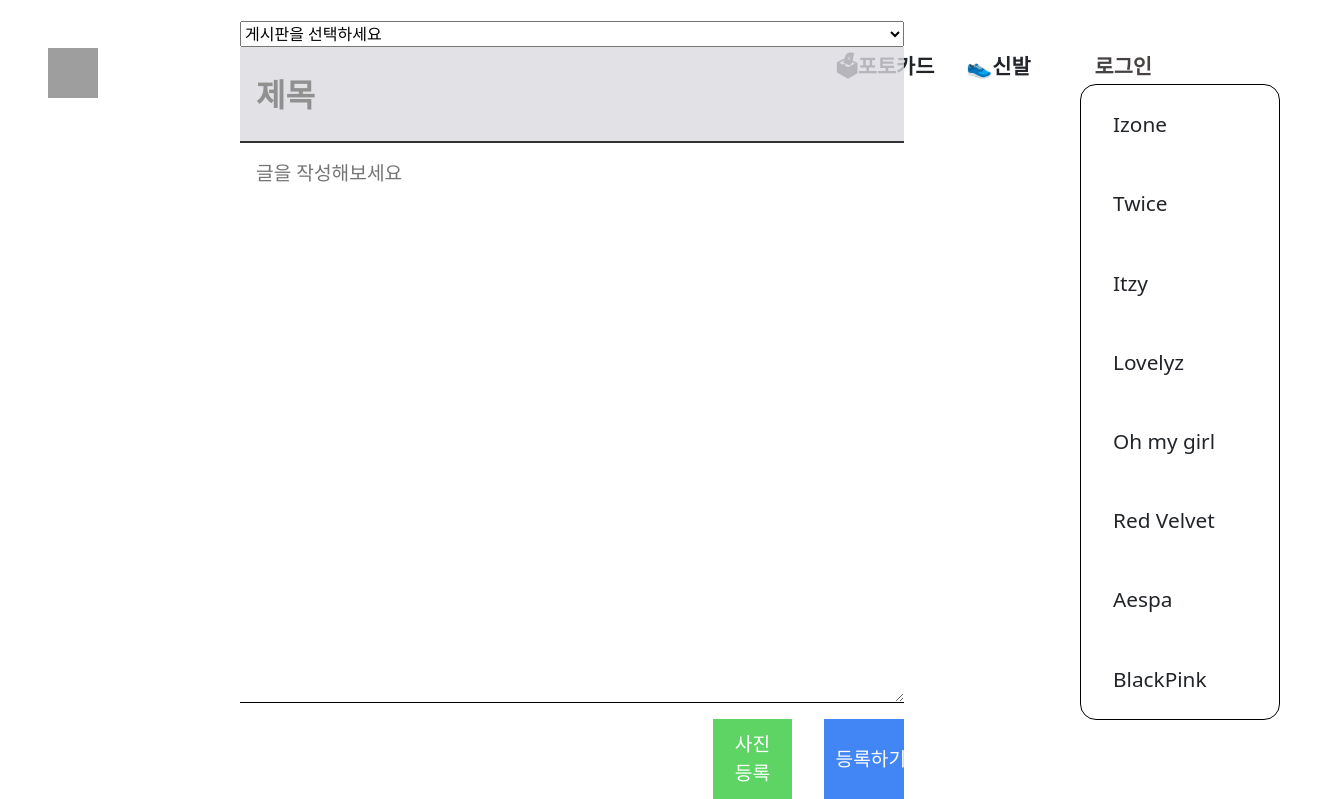
Repository: hwangstar156/goods-trader
Page: /write
An editor plug-in stored every save of this project. The page is shown before and after the next save, followed by the edit.
The browser window is 1280 px wide. The page is 1328 px wide, so the pictures cover 1328 px, including what lies to the right of the window. The pictures show the whole page.
Pictures or frames that could not be fetched are drawn as grey boxes. Some web libraries are served in a nearby version. The project was rebuilt for these pictures with package versions that can differ from the ones it lists, and the page was loaded fresh each time. Also part of the build but not shown: src/App.css, src/component/sign-up/sign-up.component.jsx, src/component/sign-in/sign-in.styles.scss, src/component/sign-in/sign-in.component.jsx, src/component/with-spinner/withSpinner.styles.scss, src/component/with-spinner/withSpinner.component.jsx, src/pages/userprofile/userprofile.styles.scss, src/pages/userprofile/userprofile.utils.js and 7 more.

Above is the page before, as saved 2021-09-05 17:45:50.

### public/index.html
<!DOCTYPE html>
<html lang="en">
  <head>
    <meta charset="utf-8" />
    <link rel="icon" href="%PUBLIC_URL%/favicon.ico" />
    <meta name="viewport" content="width=device-width, initial-scale=1" />
    <meta name="theme-color" content="#000000" />
    <meta
      name="description"
      content="Web site created using create-react-app"
    />
    <link rel="apple-touch-icon" href="%PUBLIC_URL%/logo192.png" />

    <link rel="manifest" href="%PUBLIC_URL%/manifest.json" />
    <script src="https://kit.fontawesome.com/08c91e1c0e.js" crossorigin="anonymous"></script>
    <title>Goods trader</title>
  </head>
  <body>
    <div id="root"></div>
  </body>
</html>

### src/index.js
import React from "react";
import ReactDOM from "react-dom";
import "./index.css";
import App from "./App";
import reportWebVitals from "./reportWebVitals";
import { BrowserRouter } from "react-router-dom";
import { PersistGate } from "redux-persist/integration/react";
import { store, persistor } from "./redux/store";
import { Provider } from "react-redux";
import "bootstrap/dist/css/bootstrap.min.css";
ReactDOM.render(
  <Provider store={store}>
    <BrowserRouter>
      <PersistGate persistor={persistor}>
        <App />
      </PersistGate>
    </BrowserRouter>
  </Provider>,

  document.getElementById("root")
);

// If you want to start measuring performance in your app, pass a function
// to log results (for example: reportWebVitals(console.log))
// or send to an analytics endpoint. Learn more: https://bit.ly/CRA-vitals
reportWebVitals();

### src/App.js
import "./App.css";
import { Switch, Route, Redirect } from "react-router-dom";
import SignUpPage from "./component/sign-up/sign-up.component";
import SignInPage from "./component/sign-in/sign-in.component";
import UserProfileContainer from "./pages/userprofile/userprofile.container";
import React, { useEffect } from "react";
import Header from "./component/header/header.component";
import HomePage from "./pages/homepage.component";
import { useDispatch, useSelector } from "react-redux";
import { selectCurrentUser } from "./redux/user/user.selector";
import { checkUserSession } from "./redux/user/user.action";
import WritePage from "./pages/write/write.pages";
const App = () => {
  const currentUser = useSelector(selectCurrentUser);
  const dispatch = useDispatch();

  useEffect(() => {
    dispatch(checkUserSession());
  }, [dispatch]);
  return (
    <>
      <Header />
      <Switch>
        <Route exact path="/" render={() => <HomePage />} />
        <Route exact path="/signup" component={SignUpPage} />
        <Route
          exact
          path="/signin"
          render={() => (currentUser ? <Redirect to="/" /> : <SignInPage />)}
        />
        <Route exact path="/profile" component={UserProfileContainer}></Route>
        <Route exact path="/write" component={WritePage}></Route>
      </Switch>
    </>
  );
};

export default App;

### src/redux/store.js
import { createStore, applyMiddleware } from "redux";
import logger from "redux-logger";
import { persistStore } from "redux-persist";
import rootReducer from "./root-redux";
import { composeWithDevTools } from "redux-devtools-extension";
import createSagaMiddleware from "redux-saga";
import rootSaga from "./root-saga";

const sagaMiddleware = createSagaMiddleware();
const middlewares = [logger, sagaMiddleware];

const store = createStore(
  rootReducer,
  composeWithDevTools(applyMiddleware(...middlewares))
);
sagaMiddleware.run(rootSaga);
const persistor = persistStore(store);

export { store, persistor };

### src/pages/userprofile/userprofile.container.jsx
import WithSpinner from "../../component/with-spinner/withSpinner.component";
import UserProfilePage from "./userprofile.pages";
import { compose } from "redux";
import { connect } from "react-redux";
import { createStructuredSelector } from "reselect";
import { selectUserFetching } from "../../redux/user/user.selector";

const mapStateToProps = createStructuredSelector({
  isLoading: selectUserFetching,
});

const UserProfileContainer = compose(
  connect(mapStateToProps),
  WithSpinner
)(UserProfilePage);

export default UserProfileContainer;

### src/component/header/header.component.jsx
import React from "react";
import ProfileIcon from "../userprofile/profileicon.component";
import { Link, useHistory } from "react-router-dom";
import "./header.styles.scss";
import { useSelector } from "react-redux";
import {
  selectCurrentUser,
  selectUserLoggedIn,
} from "../../redux/user/user.selector";

const Header = () => {
  const currentUser = useSelector(selectCurrentUser);
  const isLoggedIn = useSelector(selectUserLoggedIn);
  const history = useHistory();
  const handleLogoClick = () => {
    history.push("/");
  };

  return (
    <>
      <div className="header-container">
        <div className="logo" onClick={handleLogoClick}>
          <img
            src="https://www.freepnglogos.com/uploads/logo-website-png/logo-website-file-globe-icon-svg-wikimedia-commons-21.png"
            alt=""
            className="logo-img"
          />
        </div>
        <div className="header-element">
          {isLoggedIn ? (
            <Link className="header-write" to="/write">
              📝글쓰기
            </Link>
          ) : null}

          <div className="header-photocard">🗳포토카드</div>
          <div className="header-sneakers">👟신발</div>
          {currentUser ? (
            <ProfileIcon />
          ) : (
            <Link to="/signin" className="sign-in-btn">
              로그인
            </Link>
          )}
        </div>
      </div>
    </>
  );
};

export default Header;

### src/redux/user/user.selector.js
import { createSelector } from "reselect";

const selectUser = (state) => state.user;

export const selectCurrentUser = createSelector(
  [selectUser],
  (user) => user.currentUser
);

export const selectUserError = createSelector(
  [selectUser],
  (user) => user.error
);

export const selectUserFetching = createSelector(
  [selectUser],
  (user) => user.isFetching
);

export const selectUserLoggedIn = createSelector(
  [selectUser],
  (user) => user.isLoggedIn
);

### src/redux/user/user.action.js
import { UserActionTypes } from "./user.types";

export const googleSignInStart = () => ({
  type: UserActionTypes.GOOGLE_SIGN_IN_START,
});

export const emailSignInStart = (emailAndPassword) => ({
  type: UserActionTypes.EMAIL_SIGN_IN_START,
  payload: emailAndPassword,
});

export const signInSuccess = (user) => ({
  type: UserActionTypes.SIGN_IN_SUCCESS,
  payload: user,
});

export const signInFailure = (err) => ({
  type: UserActionTypes.SIGN_IN_FAILURE,
  payload: err,
});

export const checkUserSession = () => ({
  type: UserActionTypes.CHECK_USER_SESSION,
});

export const signOutStart = () => ({
  type: UserActionTypes.SIGN_OUT_START,
});

export const signOutSuccess = () => ({
  type: UserActionTypes.SIGN_OUT_SUCCESS,
});

export const signOutFailure = (err) => ({
  type: UserActionTypes.SIGN_OUT_FAILURE,
  payload: err,
});

export const signUpStart = (userObj) => ({
  type: UserActionTypes.SIGN_UP_START,
  payload: userObj,
});

export const signUpSuccess = ({ user, additionalData }) => ({
  type: UserActionTypes.SIGN_UP_SUCCESS,
  payload: { user, additionalData },
});

export const signUpFailure = (err) => ({
  type: UserActionTypes.SIGN_UP_FAILURE,
  payload: err,
});

export const refreshUserStart = () => ({
  type: UserActionTypes.REFRESH_USER_START,
});

export const refreshUserSuccess = (user) => ({
  type: UserActionTypes.REFRESH_USER_SUCCESS,
  payload: user,
});

export const refreshUserFailure = (err) => ({
  type: UserActionTypes.REFRESH_USER_FAILURE,
  payload: err,
});

### src/pages/write/write.pages.jsx
import React from "react";
import { useState } from "react";
import { useSelector } from "react-redux";
import { firestore, storageRef } from "../../firebase/firebase.utils";
import { selectCurrentUser } from "../../redux/user/user.selector";
import { v4 as uuidv4 } from "uuid";
import { useRef } from "react";
import MenuAside from "../../component/menu-aside/menu-aside.component";
import "github-markdown-css";
import "./write.styles.scss";
import { selectIdols } from "../../redux/idol/idol.selector";
const WritePage = () => {
  const imgRef = useRef(null);
  const currentUser = useSelector(selectCurrentUser);
  const idolCollection = useSelector(selectIdols);
  const [text, setText] = useState({
    headText: "",
    mainText: "",
  });
  const [file, setFile] = useState("");
  const { headText, mainText } = text;

  const onSubmit = async (e) => {
    e.preventDefault();
    let fileUrl = "";
    const fileRef = storageRef.child(`${currentUser.id}/${uuidv4()}`);
    const responce = await fileRef.put(file);

    console.log(responce);
    responce.ref.getDownloadURL().then((url) => {
      fileUrl = url;
      imgRef.current.src = url;
    });

    const writing = {
      headText,
      mainText,
      createAt: Date.now(),
      fileUrl,
    };
    firestore.collection("writings").add(writing);
    setFile("");
    setText({
      ...text,
      headText: "",
      mainText: "",
    });
  };

  const onChangeTextInput = (e) => {
    const name = e.target.name;
    setText({
      ...text,
      [name]: e.target.value,
    });
  };

  const onChangeFiles = (e) => {
    const theFile = e.target.files[0];
    if (!theFile) {
      return;
    }
    if (!theFile.type.match(/image.*/)) {
      return;
    }
    setFile(theFile);
  };

  const onChangeSelectIdol = (e) => {
    console.log(e.target.value);
  };

  return (
    <div className="write-container">
      <form onSubmit={onSubmit} className="inputs-form">
        <select
          name="idol"
          id="select-collection"
          value="아이돌"
          onChange={onChangeSelectIdol}
        >
          <option>게시판을 선택하세요</option>
          {idolCollection.map(({ id, title }) => (
            <option key={id} value={title}>
              {title}
            </option>
          ))}
        </select>
        <input
          type="text"
          name="headText"
          className="head-input"
          value={headText}
          placeholder="제목"
          onChange={onChangeTextInput}
        />
        <textarea
          type="text"
          placeholder="글을 작성해보세요"
          className="main-input"
          name="mainText"
          value={mainText}
          onChange={onChangeTextInput}
        />
        <input
          type="file"
          accept="image/*"
          onChange={onChangeFiles}
          className="file-input"
        />
        <footer className="footer-element">
          <button type="button" className="file-btn">
            사진 등록
          </button>
          <input type="submit" className="submit-btn" value="등록하기" />
        </footer>
      </form>
      <MenuAside className="menu-aside" />
      <div className="image-preview">
        <img src="" alt="" ref={imgRef} />
      </div>
    </div>
  );
};

export default WritePage;

### src/redux/root-redux.js
import { combineReducers } from "redux";
import { persistReducer } from "redux-persist";
import storage from "redux-persist/lib/storage";
import idolReducer from "./idol/idol.reducer";
import userReducer from "./user/user.reducer";
const persistConfig = {
  key: "root",
  storage,
  whitelist: ["cart"],
};

const rootReducer = combineReducers({
  user: userReducer,
  idol: idolReducer,
});

export default persistReducer(persistConfig, rootReducer);

### src/redux/root-saga.js
import { all, call } from "redux-saga/effects";
import { userSagas } from "./user/user.saga";
export default function* rootSaga() {
  yield all([call(userSagas)]);
}

### src/component/sign-up/sign-up.styles.scss
@import url("https://fonts.googleapis.com/css2?family=Poppins&display=swap");
@import url("https://fonts.googleapis.com/css2?family=Jua&display=swap");

* {
  box-sizing: content-box;
  margin: 0;
}
.sign-up-page {
  width: 100%;
  height: 100vh;
  font-family: "Jua", sans-serif;
  & .form-input {
    display: flex;
    flex-direction: column;
    width: 35%;
    justify-content: center;
    margin: 0 auto;
    margin-top: 4rem;
    background-color: skyblue;
    padding: 3rem;
    border-radius: 1rem;

    & h3 {
      font-size: 2rem;
      text-align: center;
      color: black;
    }

    & .sign-up-input {
      margin-top: 2rem;
      height: 3rem;
      background-color: lightgray;
      border: 1px solid black;
      border-radius: 0.5rem;
      font-size: 1rem;
      letter-spacing: 0.1rem;
      padding-left: 1rem;
      &::placeholder {
        letter-spacing: normal;
        font-size: 80%;
        opacity: 1;
      }
    }
  }

  & .sign-up-title {
    display: flex;
    font-style: italic;
    padding-top: 3rem;
    font-size: 3em;

    color: tomato;
    justify-content: center;

    & strong {
      color: blue;
    }
  }

  & .submit-btn {
    width: 20%;
    margin: 4rem auto 0 auto;
    padding: 1rem;
    border-radius: 1.5rem;
    border: transparent;
    background-color: #4285f4;
    color: white;
    font-size: 1rem;

    &:hover {
      cursor: pointer;
      background-color: #357ae8;
    }
  }
}

### src/component/header/header.styles.scss
@import url("https://fonts.googleapis.com/css2?family=Jua&display=swap");

.header-container {
  display: flex;
  position: relative;
  left: 3rem;
  top: 3rem;
  & .logo-img {
    width: 50px;
    height: 50px;
    cursor: pointer;
  }

  & .header-element {
    display: flex;
    position: absolute;
    right: 11rem;
    font-size: 1.3rem;
    line-height: 40px;
    font-weight: 600;
    font-family: "Jua", sans-serif;

    & .header-write {
      text-decoration: none;
      color: rgb(71, 66, 66);
    }

    & .sign-in-btn {
      text-decoration: none;
      color: rgb(71, 66, 66);
    }
    & .header-write {
      margin-right: 2rem;
    }

    & .header-photocard {
      margin-right: 2rem;
    }

    & .header-sneakers {
      margin-right: 4rem;
    }
  }
}

### src/redux/user/user.types.js
export const UserActionTypes = {
  GOOGLE_SIGN_IN_START: "GOOGLE_SIGN_IN_START",
  EMAIL_SIGN_IN_START: "EMAIL_SIGN_IN_START",
  SIGN_IN_SUCCESS: "SIGN_IN_SUCCESS",
  SIGN_IN_FAILURE: "SIGN_IN_FAILURE",
  CHECK_USER_SESSION: "CHECK_USER_SESSION",
  SIGN_OUT_START: "SIGN_OUT_START",
  SIGN_OUT_SUCCESS: "SIGN_OUT_SUCCESS",
  SIGN_OUT_FAILURE: "SIGN_OUT_FAILURE",
  SIGN_UP_START: "SIGN_UP_START",
  SIGN_UP_SUCCESS: "SIGN_UP_SUCCESS",
  SIGN_UP_FAILURE: "SIGN_UP_FAILURE",
  CHANGE_USER_IMAGE: "CHANGE_USER_IMAGE",
  REFRESH_USER_START: "REFRESH_USER_START",
  REFRESH_USER_SUCCESS: "REFRESH_USER_REFRESH_USER_SUCCESS",
  REFRESH_USER_FAILURE: "REFRESH_USER_FAILURE",
};

### src/component/menu-aside/menu-aside.component.jsx
import React from "react";
import "./menu-aside.styles.scss";
const MenuAside = () => {
  return (
    <aside>
      <ul className="menu-aside">
        <li>Izone</li>
        <li>Twice</li>
        <li>Itzy</li>
        <li>Lovelyz</li>
        <li>Oh my girl</li>
        <li>Red Velvet</li>
        <li>Aespa</li>
        <li>BlackPink</li>
      </ul>
    </aside>
  );
};

export default MenuAside;

### src/pages/write/write.styles.scss
.write-container {
  height: 100vh;
  display: flex;
  justify-content: center;
  align-items: center;



  & .inputs-form {
    display: flex;
    flex-direction: column;
    margin-left: 15rem;
    margin-right: 6rem;
    width: 900px;
    & .head-input {
      height: 6rem;
      border: none;
      border-bottom: 2px solid black;
      background-color: rgb(218, 218, 224);
      opacity: 0.8;
      padding-left: 1rem;
      font-weight: 600;
      font-size: 2rem;
      &:focus {
        outline: none;
      }
    }

    & .main-input {
      border: none;
      border-bottom: 1px solid black;
      height: 35rem;
      padding: 1rem 0 0 1rem;
      font-size: 1.2rem;
      &:focus {
        outline: none;
      }
    }

     & .file-input{
         display: none;
     }
    & .footer-element{
        display: flex;
        & .file-btn{
            width: 12%;
            padding: 0.7rem;
            margin-left: auto;
            margin-top: 1rem;
            margin-right: 2rem;
            color: white;
            border: none;
            font-size: 1.2rem;
            background-color: #5ed464;
            &:hover{
                background-color: #45be4b;
            }
        }
        & .submit-btn{
            width: 12%;
            padding: 0.7rem;
            margin-top: 1rem;
            color: white;
            border: none;
            font-size: 1.2rem;
            background-color: #4285f4;
            &:hover{
                background-color: #357ae8;
            }
        }
    }
  }
}

### src/redux/idol/idol.selector.js
import { createSelector } from "reselect";

const selectIdol = (state) => state.idol;

export const selectIdols = createSelector(
  [selectIdol],
  (idol) => idol.sections
);

### src/redux/idol/idol.reducer.js
import idolData from "./idol.data";
import IdolTypeActions from "./idol.type";
const idolReducer = (state = idolData, action) => {
  switch (action.type) {
    case IdolTypeActions.CHANGE_IMAGE_SIZE:
      return {
        ...state,
        imageUrl: action.payload,
      };
    default:
      return state;
  }
};

export default idolReducer;

### src/redux/user/user.reducer.js
import { UserActionTypes } from "./user.types";

const INITIAL_STATE = {
  currentUser: null,
  error: null,
  isFetching: true,
  isLoggedIn: false,
};

const userReducer = (state = INITIAL_STATE, action) => {
  switch (action.type) {
    case UserActionTypes.REFRESH_USER_START:
    case UserActionTypes.CHECK_USER_SESSION:
      return {
        ...state,
        isFetching: true,
      };
    case UserActionTypes.REFRESH_USER_SUCCESS:
    case UserActionTypes.SIGN_IN_SUCCESS:
      return {
        ...state,
        currentUser: action.payload,
        error: null,
        isFetching: false,
        isLoggedIn: true,
      };
    case UserActionTypes.SIGN_OUT_SUCCESS:
      return {
        ...state,
        currentUser: null,
        error: null,
        isLoggedIn: false,
      };
    case UserActionTypes.REFRESH_USER_FAILURE:
    case UserActionTypes.SIGN_IN_FAILURE:
    case UserActionTypes.SIGN_OUT_FAILURE:
    case UserActionTypes.SIGN_UP_FAILURE:
      return {
        ...state,
        error: action.payload,
      };
    default:
      return state;
  }
};

export default userReducer;

### src/component/menu-aside/menu-aside.styles.scss
.menu-aside {
    list-style: none;
    min-width: 200px;
    margin-left: 5rem;
    border-radius: 1rem;
    border: 1px solid black;
    padding-left: 0;

    & li {
        margin-left: 0;
      padding: 1.5rem 0 1.5rem 2rem;
      font-size: 1.3rem;
      border-radius: 1rem;
      &:hover{
          background-color: rgb(169, 169, 255);
          color: white;
        cursor:pointer;
      }
    }
  }

### src/redux/idol/idol.data.js
const idolData = {
  sections: [
    {
      title: "아이즈원",
      imageUrl:
        "https://data.ygosu.com/editor/attach/20190226/20190226183618_zltermyq.png",
      id: 1,
      linkUrl: "collection/izone",
    },
    {
      title: "트와이스",
      imageUrl: "https://pbs.twimg.com/media/Cy3Wj-5UAAAnKhC.jpg",
      id: 2,
      linkUrl: "collection/twice",
    },
    {
      title: "itzy",
      imageUrl: "https://t1.daumcdn.net/cfile/tistory/998490455C7ABBF703",
      id: 3,
      linkUrl: "collection/itzy",
    },
    {
      title: "러블리즈",
      imageUrl: "https://pbs.twimg.com/media/DNoNIHMUEAAQRai.jpg:large",
      id: 4,
      linkUrl: "collection/lovelyz",
    },
    {
      title: "오마이걸",
      imageUrl:
        "https://blog.kakaocdn.net/dn/tegj9/btqyuFpCiAj/KCKVi3ABV1KA1duQLSm1c1/img.jpg",
      id: 5,
      linkUrl: "collection/omygirl",
    },
    {
      title: "레드벨벳",
      imageUrl:
        "https://blog.kakaocdn.net/dn/bvtVxD/btqMfhWcXgE/anTtVfo6r12XiVNOLuhlkK/img.png",
      id: 6,
      linkUrl: "collection/redvelvet",
    },
    {
      title: "에스파",
      imageUrl: "https://pbs.twimg.com/media/Er64LL-VQAA708Y.jpg",
      id: 7,
      linkUrl: "collection/aespa",
    },
    {
      title: "블랙핑크",
      imageUrl:
        "https://www.wallpapertip.com/wmimgs/96-966442_blackpink-hd.jpg",
      id: 8,
      linkUrl: "collection/blackpink",
    },
  ],
};

export default idolData;

### src/redux/idol/idol.type.js
const IdolTypeActions = {
  CHANGE_IMAGE_SIZE: "CHANGE_IMAGE_SIZE",
};

export default IdolTypeActions;

### src/menu-item/menu-item.styles.scss
* {
  box-sizing: content-box;
  margin: 0;
}

.menu-item {
  overflow: hidden;
  min-width: 30%;
  &:hover {
    cursor: pointer;

    & .background-image {
      transform: scale(1.04);
      transition: transform 2s cubic-bezier(0.25, 0.45, 0.45, 0.95);

      & .content {
        opacity: 0.9;
      }
    }
  }
  & .background-image {
    position: relative;
    height: 700px;

    background-size: cover;
    background-repeat: no-repeat;
    background-position: center;

    & .content {
      position: absolute;
      width: 7.5rem;
      height: 7.5rem;
      display: flex;
      flex-direction: column;
      align-items: center;
      justify-content: center;
      border: 1px solid black;
      top: 50%;
      left: 50%;
      background-color: white;
      opacity: 0.7;
      transform: translate(-50%, -50%);
      border-radius: 0.5rem;
      & .title {
        font-weight: bold;
        margin: 0 3px 0;
        font-size: 20px;
        color: #4a4a4a;
        font-family: sans-serif;
      }
    }
  }
}

Loaded but not shown: src/index.css (common file); src/reportWebVitals.js (common file); src/redux/user/user.saga.js (119 lines, source omitted); src/firebase/firebase.utils.js (87 lines, source omitted)

After the next save:
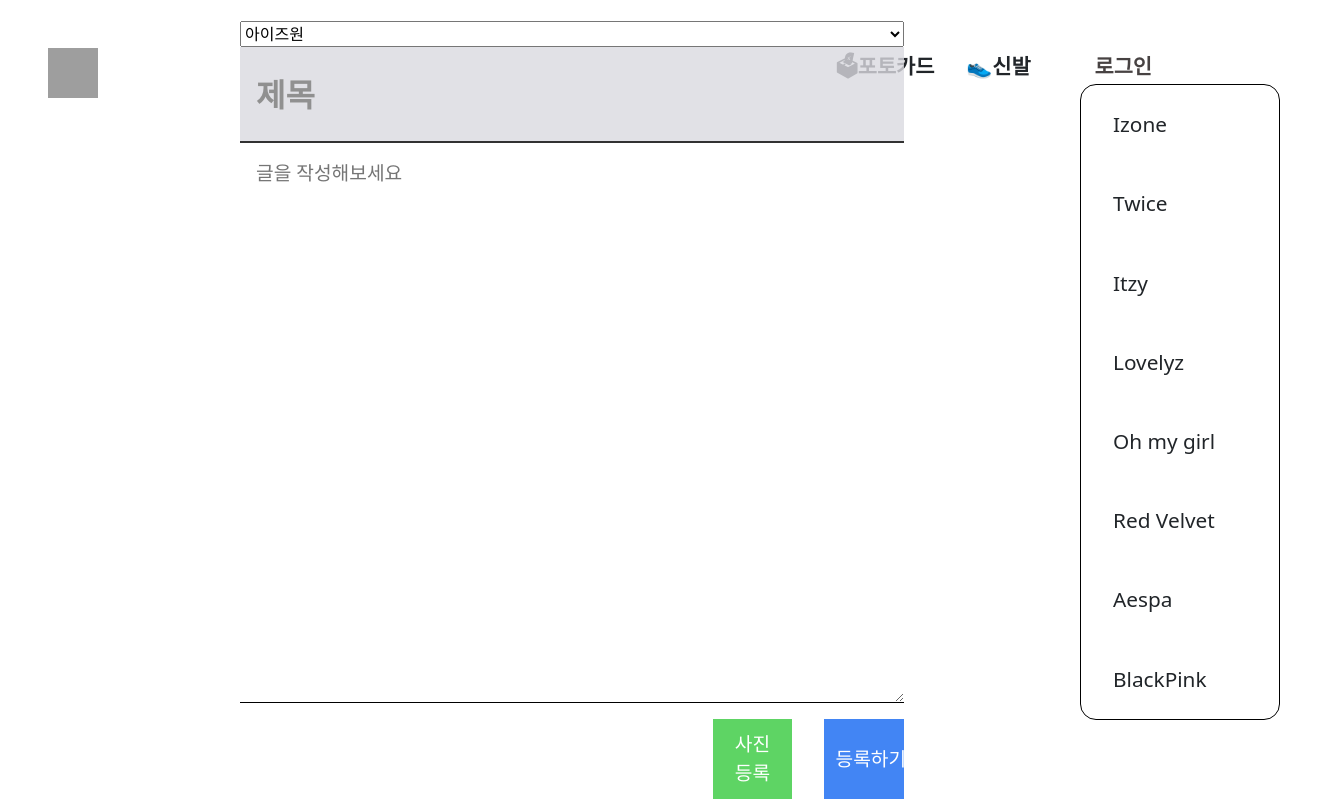
Saved 36 s later.
--- a/src/pages/write/write.pages.jsx
+++ b/src/pages/write/write.pages.jsx
@@ -79,7 +79,6 @@ const WritePage = () => {
           value="아이돌"
           onChange={onChangeSelectIdol}
         >
-          <option>게시판을 선택하세요</option>
           {idolCollection.map(({ id, title }) => (
             <option key={id} value={title}>
               {title}
